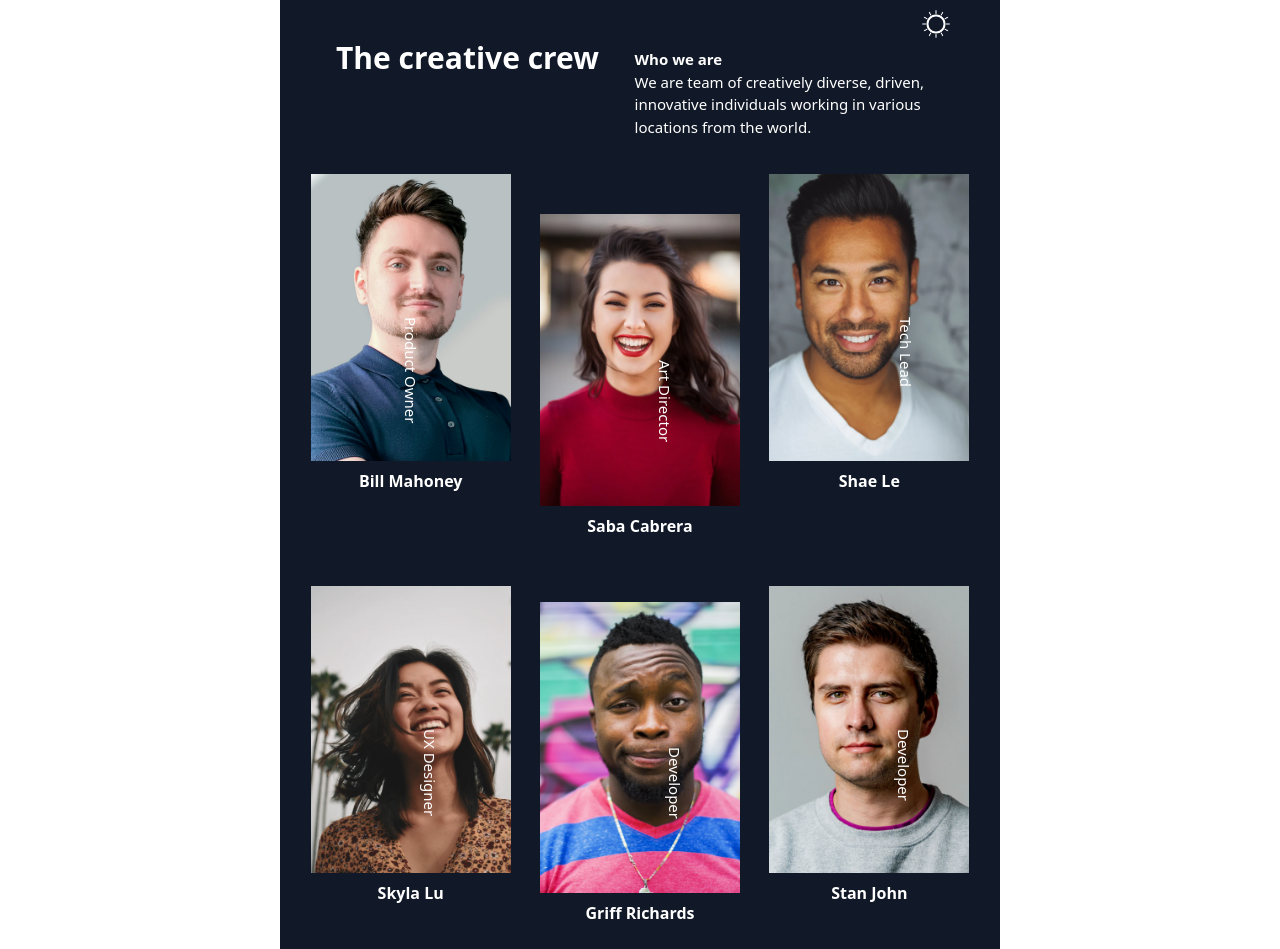
Repository: Alzate1075/Funval-G3-N2
Page: /
These files come from the project's save history. The page is drawn as it stood at one moment and after the next save; the edit follows.
The browser window is 1280 px wide. The pictures show the whole page.
The project was rebuilt for these pictures with package versions that can differ from the ones it lists, and the page was loaded fresh each time. Also part of the build but not shown: vite.config.js.

Above is the page before, as saved 2025-07-02 23:59:03.

### index.html
<!DOCTYPE html>
<html lang="en">
  <head>
    <meta charset="UTF-8" />
    <link rel="icon" type="image/svg+xml" href="/vite.svg" />
    <meta name="viewport" content="width=device-width, initial-scale=1.0" />
    <link rel="stylesheet" href="./src/index.css" />
    <title>Vite + React</title>
  </head>
  <body>
    <div id="root"></div>
    <script type="module" src="/src/main.jsx"></script>
  </body>
</html>

### src/App.jsx
import React from "react";
import { TeamCard } from "./components/TeamCard";
import miArray from "./components/ArrayTeams";

function App() {
  return (
    <div className="md:bg-[#111827] p-2 md:mx-70">
      <div className="flex justify-end mr-10">
        <img src="/images/sol.png" alt="sol" className="w-8 hidden md:block" />
      </div>
      <div className="flex justify-end">
        <img src="/images/luna.png" alt="luna" className="w-8 md:hidden" />
      </div>
      <div className="md:text-white text-black text-center md:flex md:justify-between md:mx-12">
        <h1 className="text-3xl font-bold">The creative crew</h1>
        <p className="text-[15px] mt-2 max-w-md md:text-md text-wrap text-left m-5">
          <b>Who we are</b>
          <br />
          We are team of creatively diverse, driven, <br /> innovative
          individuals working in various <br /> locations from the world.
        </p>
      </div>

      <div className="md:bg-[#111827] grid grid-cols-2 md:grid-cols-3 gap-x-4 gap-y-6 p-4">
        {miArray.map((persona, index) => (
          <TeamCard
            key={index}
            name={persona.name}
            role={persona.role}
            image={persona.image}
            extraClass={`${index % 2 === 1 ? "mt-6" : ""} ${
              index % 3 === 1 ? "md:mt-10" : ""
            }`}
          />
        ))}
      </div>
    </div>
  );
}

export default App;

### src/components/TeamCard.jsx
import React from "react";
export function TeamCard(props) {
  return (
    <div className={`${props.extraClass}`}>
      <div className="text-black md:text-white md:flex md:items-center md:justify-center gap-2 relative">
        <img src={props.image} alt={props.name} className="md:w-[200px] w-20" />
        <span className="absolute right-0 top-1/2 -translate-y-1/2 rotate-90 origin-left text-[10px] md:text-[15px]">
          {props.role}
        </span>
      </div>
      <div className="md:text-white text-center mt-2">
        <h3 className="font-semibold text-[15]">{props.name}</h3>
      </div>
    </div>
  );
}

### src/components/ArrayTeams.jsx
import React from "react";
const miArray = [
  {
    name: "Bill Mahoney",
    role: "Product Owner",
    image: "/images/photo1.png",
  },
  {
    name: "Saba Cabrera",
    role: "Art Director",
    image: "/images/photo2.png",
  },
  {
    name: "Shae Le",
    role: "Tech Lead",
    image: "/images/photo3.png",
  },
  {
    name: "Skyla Lu",
    role: "UX Designer",
    image: "/images/photo4.png",
  },
  {
    name: "Griff Richards",
    role: "Developer",
    image: "/images/photo5.png",
  },
  {
    name: "Stan John",
    role: "Developer",
    image: "/images/photo6.png",
  },
];

export default miArray;

Loaded but not shown: src/index.css (common file); src/main.jsx (common file)

After the next save:
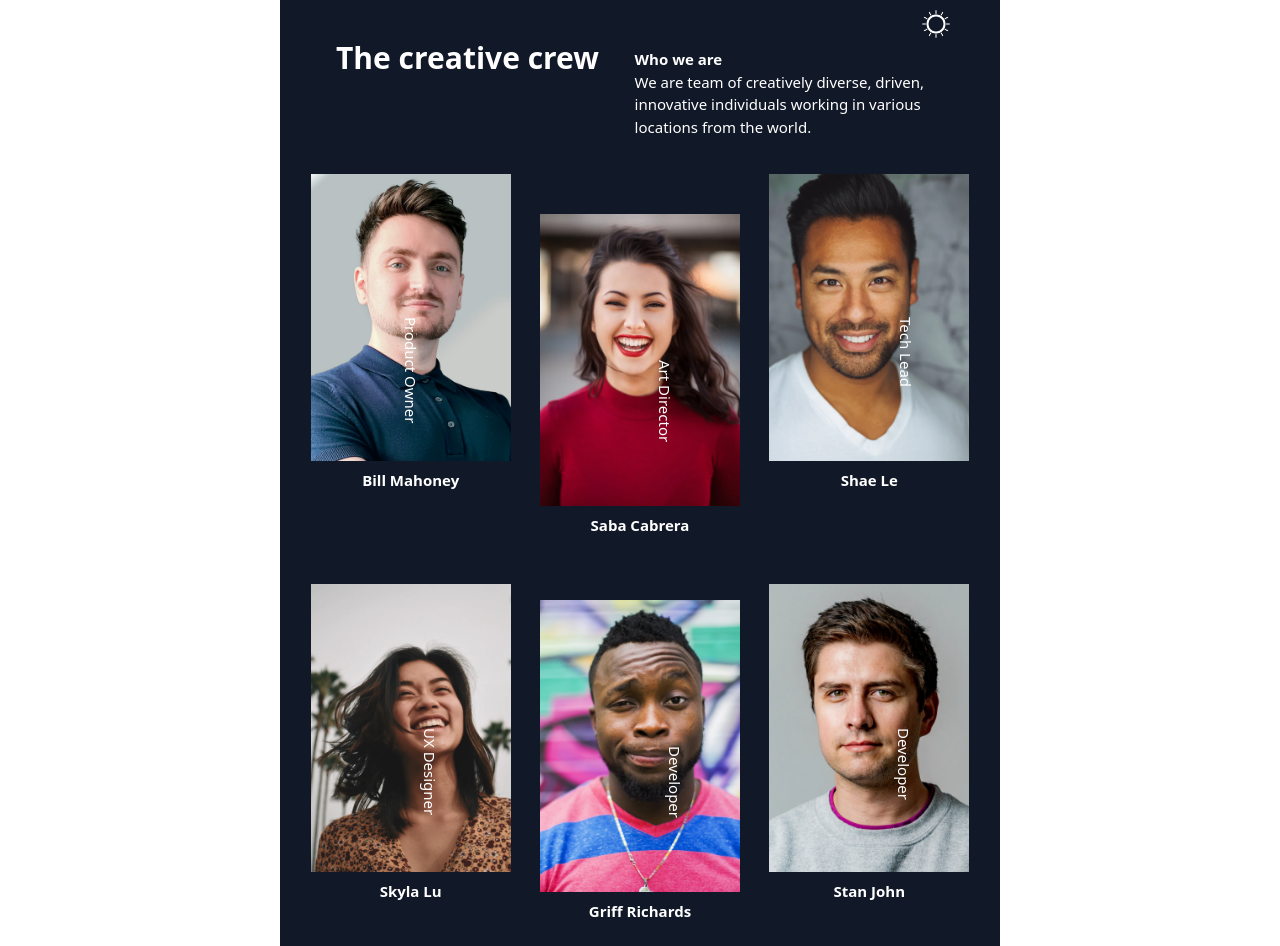
Saved 10 s later.
--- a/src/components/TeamCard.jsx
+++ b/src/components/TeamCard.jsx
@@ -9,7 +9,7 @@ export function TeamCard(props) {
         </span>
       </div>
       <div className="md:text-white text-center mt-2">
-        <h3 className="font-semibold text-[15]">{props.name}</h3>
+        <h3 className="font-semibold text-[15px]">{props.name}</h3>
       </div>
     </div>
   );
